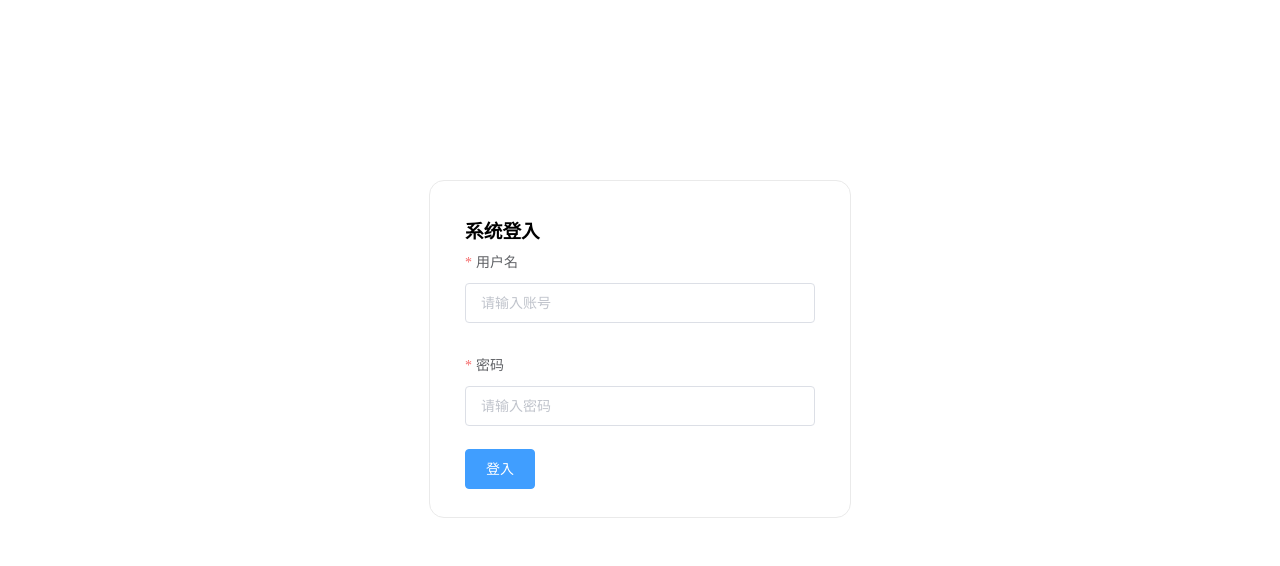
Repository: ldqml/ldqml.github.io
Page: /#/login
These files come from the project's save history. The page is drawn as it stood at one moment and after the next save; the edit follows.
The browser window is 1280 px wide. The pictures show the whole page.
The project was rebuilt for these pictures with package versions that can differ from the ones it lists, and the page was loaded fresh each time. Also part of the build but not shown: vue.config.js, src/api/request.js, src/api/index.js, src/views/User.vue, src/views/Home.vue, src/components/ComAside.vue, src/components/ComHeader.vue, src/components/CommonTag.vue and 4 more.

Above is the page before, as saved 2022-11-12 13:06:54.

After the next save:
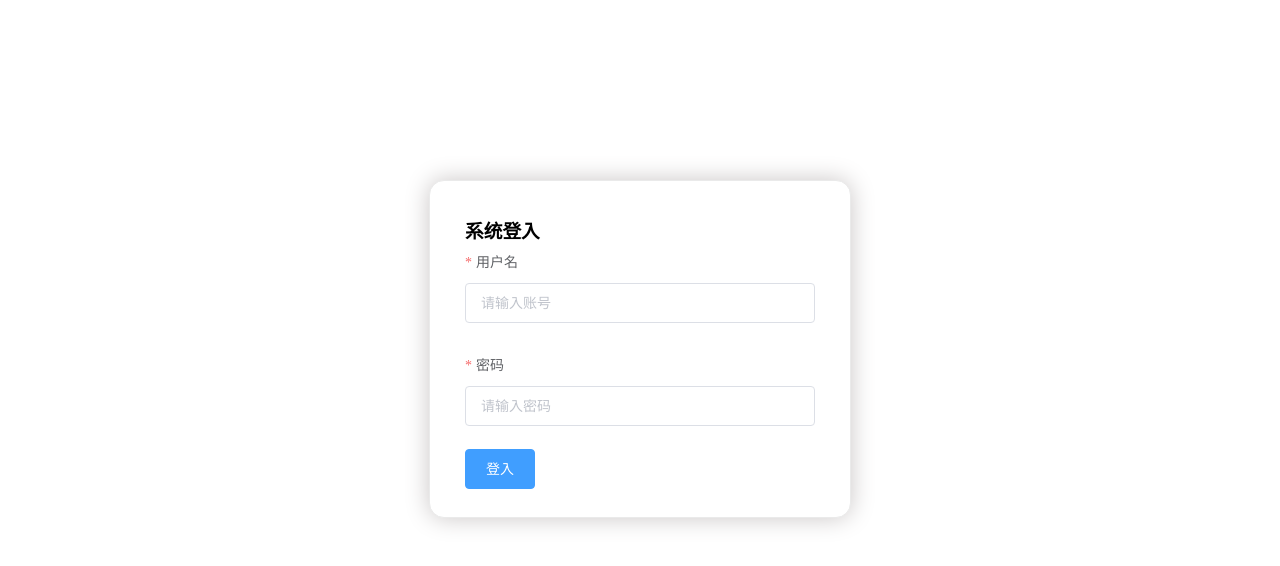
Saved 58 s later.
--- a/src/views/Login.vue
+++ b/src/views/Login.vue
@@ -42,5 +42,6 @@ export default {
     padding: 35px 35px 5px 35px;
     background: #fff;
     border-radius: 15px;
+    box-shadow: 0 0 25px #cac6c6;
 }
 </style>
